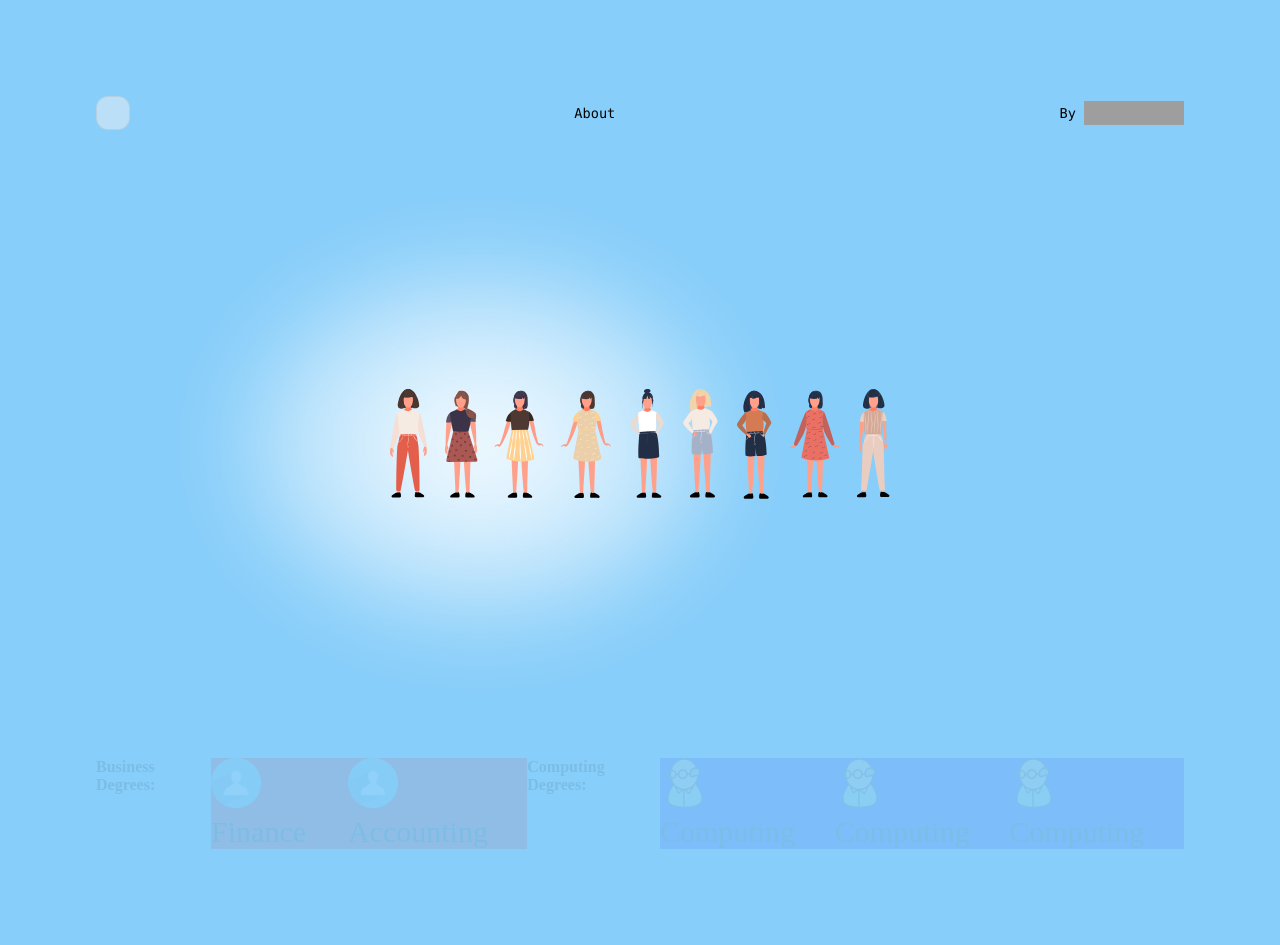
Repository: bguemos/week3example
Page: /
An editor plug-in stored every save of this project. The page is shown before and after the next save, followed by the edit.
The browser window is 1280 px wide. The pictures show the whole page.
Pictures or frames that could not be fetched are drawn as grey boxes. The project was rebuilt for these pictures with package versions that can differ from the ones it lists, and the page was loaded fresh each time. The framework's server and built-in components were replaced by stand-ins that run in the browser. Also part of the build but not shown: next.config.js.

Above is the page before, as saved 2023-01-18 12:16:36.

After the next save:
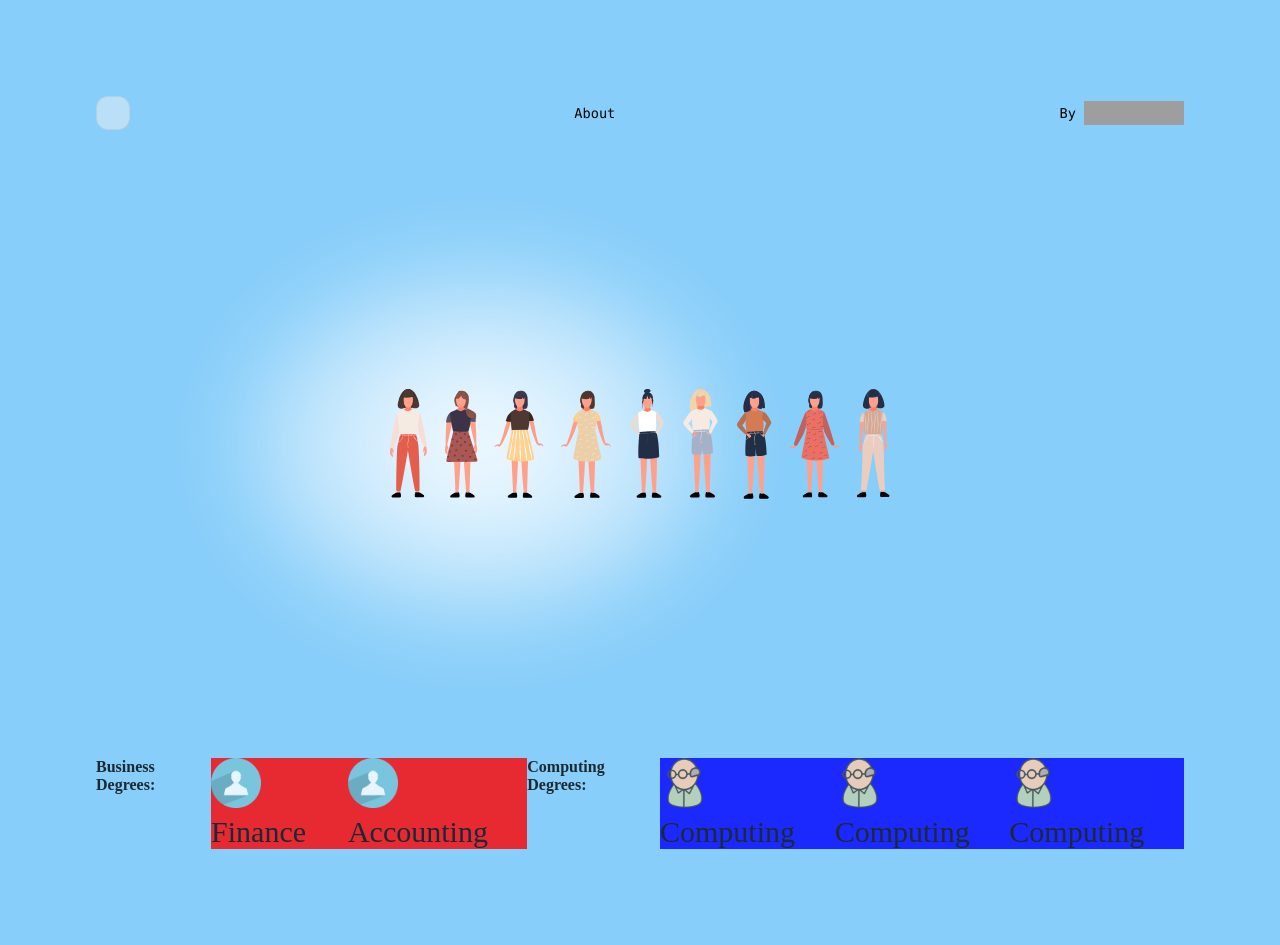
Saved 11 s later.
--- a/styles/Home.module.css
+++ b/styles/Home.module.css
@@ -48,7 +48,7 @@
   grid-template-columns: repeat(4, minmax(25%, auto));
   width: var(--max-width);
   max-width: 100%;
-  opacity: .08;
+  opacity: .8;
 
 }
 
